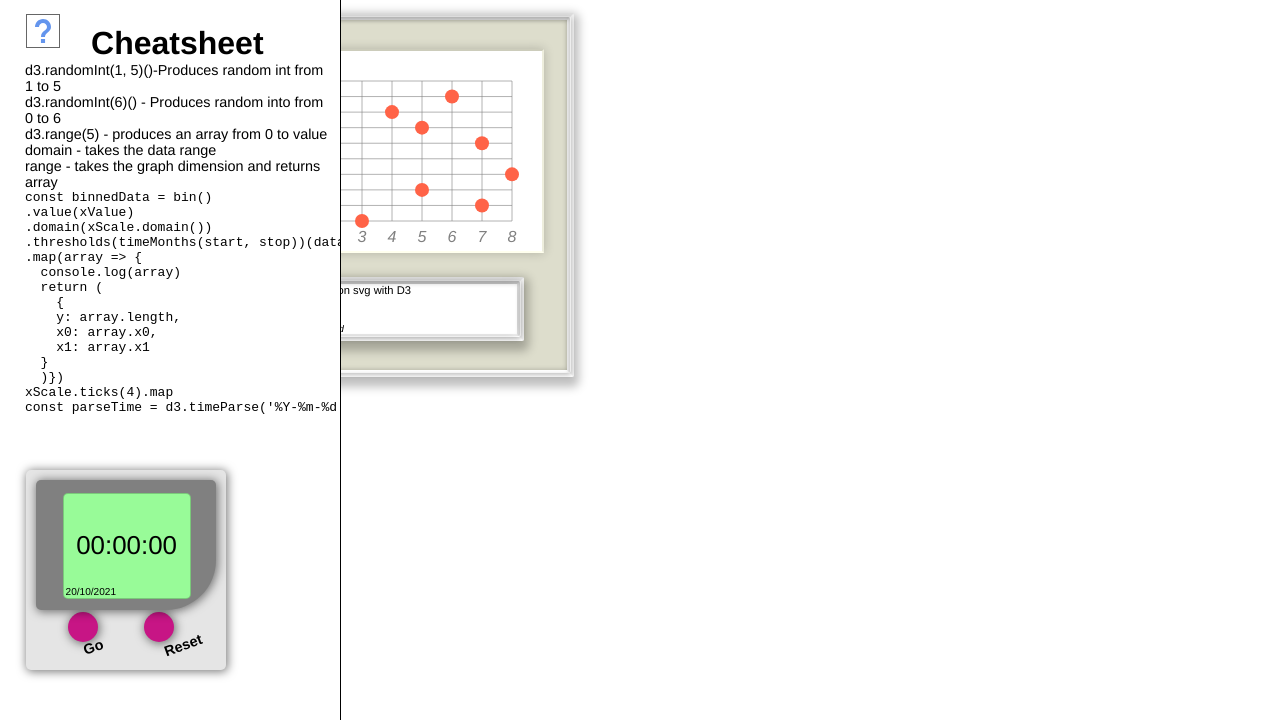
Repository: Lewisjohnward/100-days-of-d3
Page: /
The author's editor kept a copy of each file at every save. The page is drawn from the files as they stood at one save, then again after the next save.
The browser window is 1280 px wide. The pictures show the whole page.
The page's requests for data from a server got no answer. An inner scrolling area shows only its first screen. The project was rebuilt for these pictures with package versions that can differ from the ones it lists, and the page was loaded fresh each time. No one was signed in, and anything a server would have sent is missing. Also part of the build but not shown: src/charts/chart2/useGetData.js, src/charts/chart2/styles.js, src/charts/chart2/Chart.js, src/charts/chart3/useGetData.js, src/charts/chart3/styles.js, src/charts/chart3/Chart.js, src/charts/chart4/useGetData.js, src/charts/chart4/styles.js and 4 more.

Above is the page before, as saved 2021-10-20 15:47:37.

### src/App.js
import styled from "styled-components";
import { Chart1, Chart2, Chart3, Chart4, Chart5 } from "./charts/index.js";
import { Hello } from "./components/HelloD3";
import { Navbar } from "./components/Navbar.js";

const BodyContainer = styled.div`
  position: relative;
  z-index: 99;
  display: flex;
  height: ${({ height }) => height}px;
  overflow: hidden;
`;

const ChartGrid = styled.div`
  width: 75%;
  display: grid;
  overflow: scroll;
  grid-template-columns: repeat(3, 400px);
  grid-template-rows: repeat(2, 400px);
  justify-content: center;
  align-items: start;
  align-content: start;
  grid-gap: 0px;
  padding: 1%;
`;



const height = window.innerHeight;

function App() {
  return (
    <BodyContainer height={height}>
      <Hello />
      <Navbar />
      <ChartGrid>
        <Chart1 />
        <Chart2 />
        <Chart2 />
        <Chart3 />
        <Chart4 />
        <Chart5 />
      </ChartGrid>
    </BodyContainer>
  );
}

export default App;

### src/index.css
*{
    margin: 0;
    padding: 0;
}

body {
    font-family: Helvetica, "Trebuchet MS", Verdana, sans-serif;
}

### src/charts/index.js
export { Test as Chart1} from "./chart1/Chart"
export { Chart as Chart2} from "./chart2/Chart"
export { Chart as Chart3} from "./chart3/Chart"
export { Chart as Chart4} from "./chart4/Chart"
export { Chart as Chart5} from "./chart5/Chart"

### src/components/HelloD3.js
import { useState } from "react";
import styled, { keyframes } from "styled-components";

const letterAnimation = keyframes`
    0% {transform: rotate(0deg);}
    20% {transform: rotate(-45deg);}
    100% {transform: rotate(-45deg);}
`;

const TextContainer = styled.div`
  position: absolute;
  top: 25%;
  display: flex;
  font-size: 10em;

`;

const LetterContainer = styled.div`
  &.fallanimation {
    transition: transform 1s;
    transform: translateY(942px);
  }

  p {
    font-weight: ${({bold}) => bold ? 600: 300};
    &.fallanimation {
      animation: ${letterAnimation} ease-out 1s forwards;
    }
  }
`;

const word = "Hello";
const d3 = "D3"
const d3Array = d3.split("");
const wordArray = word.split("");
const height = window.innerHeight;

export const Hello = () => {
  return (
    <TextContainer>
      {wordArray.map((d) => (
        <Letter letter={d} />
      ))}
      {d3Array.map((d) => (
        <Letter letter={d} bold={true}/>
      ))}
    </TextContainer>
  );
};

const Letter = ({ letter, bold}) => {
  const [visible, setVisible] = useState(true);

  const handleMouseEnter = () => {
    setVisible((prev) => !prev);
  };

  return (
    <LetterContainer className={!visible && "fallanimation"} height={height} bold={bold}>
      <p
        className={!visible && "fallanimation"}
        onMouseEnter={() => handleMouseEnter()}
      >
        {letter}
      </p>
    </LetterContainer>
  );
};

### src/components/Navbar.js
import { useState } from "react";
import styled from "styled-components";
import { TimerComponent as Timer } from "./Timer";
import { IoMdHelp } from "react-icons/io";

const NavContainer = styled.div`
  height: 100%;
  width: 25%;
  overflow: hidden;
  background: white;
  padding: 25px 10px 25px 25px;
  border-right: 1px solid black;
  > p {
    font-size: 0.9em;
  }

  &.open {
    transition: all 1s ease-in;
    transform: translateX(0px);
  }
  &.close {
    transition: all 1s ease-in;
    transform: translateX(-100%);
  }
`;

const Title = styled.div`
  font-size: 2em;
  font-weight: 700;
  text-align: center;
`;

const Icon = styled(IoMdHelp)`
  position: absolute;
  left: 2%;
  top: 2%;
  z-index: 1;
  font-size: 2em;
  color: cornflowerblue;
  cursor: pointer;
  border: 1px solid rgba(0, 0, 0, 0.6);
`;

const code = `const binnedData = bin()
.value(xValue)
.domain(xScale.domain())
.thresholds(timeMonths(start, stop))(data)
.map(array => {
  console.log(array)
  return (
    {
    y: array.length,
    x0: array.x0,
    x1: array.x1
  }
  )})`;

export const Navbar = () => {
  const [visible, setVisible] = useState(true);
  return (
    <>
      <Icon onClick={() => setVisible((prev) => !prev)} />
      <NavContainer className={visible ? "open" : "close"}>
        <Title>Cheatsheet</Title>
        <p>d3.randomInt(1, 5)()-Produces random int from 1 to 5</p>
        <p>d3.randomInt(6)() - Produces random into from 0 to 6</p>
        <p>d3.range(5) - produces an array from 0 to value</p>
        <p>domain - takes the data range</p>
        <p>range - takes the graph dimension and returns array</p>
        <pre>
          <code>{code}</code>
        </pre>
        <pre>
          <code>xScale.ticks(4).map</code>
        </pre>
        <pre>
          <code>const parseTime = d3.timeParse('%Y-%m-%d');</code>
        </pre>
      </NavContainer>
      <Timer />
    </>
  );
};

### src/charts/chart1/Chart.js
import { useState } from "react";
import { randomInt, range, scaleLinear, max } from "d3";
import {
  Frame,
  Svg,
  ChartContainer,
  Description,
  DescriptionContainer,
  Signature,
} from "./styles";

const data = range(10).map((d) => ({
  a: randomInt(10)(),
  b: d,
}));

const margin = {
  top: 30,
  right: 30,
  bottom: 30,
  left: 30,
};

const height = 200;
const width = 300;

const AxisTickOffset = 7;

const innerHeight = height - margin.top - margin.bottom;
const innerWidth = width - margin.left - margin.right;

export const Chart = () => {
  const xValue = (d) => d.a;
  const yValue = (d) => d.b;

  const xAxisScale = scaleLinear()
    .domain([0, max(data, xValue)])
    .range([0, innerWidth])
    .nice();

  const yAxisScale = scaleLinear()
    .domain([0, max(data, yValue)])
    .range([innerHeight, 0])
    .nice();

  return (
    <Frame>
      <ChartContainer>
        <Svg height={height} width={width}>
          <g transform={`translate(${margin.left}, ${margin.top})`}>
            {xAxisScale.ticks().map((tickValue) => (
              <g transform={`translate(${xAxisScale(tickValue)}, 0)`}>
                <line y2={innerHeight} stroke="black" />
                <text
                  y={innerHeight + 3 * AxisTickOffset}
                  style={{ textAnchor: "middle" }}
                >
                  {tickValue}
                </text>
              </g>
            ))}

            {yAxisScale.ticks().map((tickValue) => (
              <g transform={`translate(0, ${yAxisScale(tickValue)})`}>
                <line x2={innerWidth} stroke="black" />
                <text
                  x={-AxisTickOffset}
                  dy="0.32em"
                  style={{ textAnchor: "end" }}
                >
                  {tickValue}
                </text>
              </g>
            ))}
            {data.map(({ a, b }) => (
              <Mark x={xAxisScale(a)} y={yAxisScale(b)} r={7} />
            ))}
          </g>
        </Svg>

        <Frame small={"true"}>
          <DescriptionContainer>
            <Description>Scatter graph on svg with D3</Description>
            <Signature>09/10/21 - L Ward</Signature>
          </DescriptionContainer>
        </Frame>
      </ChartContainer>
    </Frame>
  );
};

export const Chart1= () => {
  const xValue = (d) => d.a;
  const yValue = (d) => d.b;

  const xAxisScale = scaleLinear()
    .domain([0, max(data, xValue)])
    .range([0, innerWidth])
    .nice();

  const yAxisScale = scaleLinear()
    .domain([0, max(data, yValue)])
    .range([innerHeight, 0])
    .nice();

  return (
        <Svg height={height} width={width}>
          <g transform={`translate(${margin.left}, ${margin.top})`}>
            {xAxisScale.ticks().map((tickValue) => (
              <g transform={`translate(${xAxisScale(tickValue)}, 0)`}>
                <line y2={innerHeight} stroke="black" />
                <text
                  y={innerHeight + 3 * AxisTickOffset}
                  style={{ textAnchor: "middle" }}
                >
                  {tickValue}
                </text>
              </g>
            ))}

            {yAxisScale.ticks().map((tickValue) => (
              <g transform={`translate(0, ${yAxisScale(tickValue)})`}>
                <line x2={innerWidth} stroke="black" />
                <text
                  x={-AxisTickOffset}
                  dy="0.32em"
                  style={{ textAnchor: "end" }}
                >
                  {tickValue}
                </text>
              </g>
            ))}
            {data.map(({ a, b }) => (
              <Mark x={xAxisScale(a)} y={yAxisScale(b)} r={7} />
            ))}
          </g>
        </Svg>
  );
};

const Mark = ({ x, y, r }) => {
  const [tooltipVisible, setToolTipVisible] = useState(false);

  return (
    <>
    <circle
        cx={x}
        cy={y}
        r={r}
        fill={"black"}
        onMouseEnter={() => setToolTipVisible(!tooltipVisible)}
        onMouseLeave={() => setToolTipVisible(!tooltipVisible)}
      />
      {tooltipVisible && <rect x={x + 10} y={y - 25} height={50} width={50} rx={5} />}

    </>
  );
};

export const Test = () => {
  return (
    <Frame>
    <ChartContainer>
      <Chart1 />
    <Frame small={"true"}>
          <DescriptionContainer>
          <Description>Scatter graph on svg with D3</Description>
            <Signature>09/10/21 - L Ward</Signature>
          </DescriptionContainer>
        </Frame>
      </ChartContainer>
    </Frame>
  )


}

### src/components/Timer.js
import { useState, useEffect } from "react";
import styled, { keyframes } from "styled-components";

const Icon = styled.div`
  position: absolute;
  bottom: 7%;
  left: 2%;
  height: 200px;
  width: 200px;
  padding: 0px;
  margin: 0px;

  color: black;
  overflow: hidden;
  background: rgb(229, 229, 229);
  opacity: 1;
  text-shadow: none;
  font-weight: 300;
  font-size: 0.9em;
  box-shadow: 1px 1px 10px 1px rgba(0, 0, 0, 0.5);
  border-radius: 5px;
`;

const Container = styled.div`
  height: 100%;
  width: 100%;
  display: flex;
  flex-direction: column;
  justify-content: center;
  align-items: center;
`;

const Timer = styled.div`
  position: relative;
  background: gray;
  height: 65%;
  width: 90%;
  border-radius: 5px 5px 50px 5px;
  box-shadow: 1px 1px 10px 1px rgba(0, 0, 0, 0.5);
`;

const TimerContainer = styled.div`
  position: absolute;
  top: 10%;
  left: 15%;
  height: 80%;
  width: 70%;
  display: flex;
  justify-content: center;
  align-items: center;

  background: palegreen;
  border-radius: 5px;
  border: 1px solid rgba(0, 0, 0, 0.2);
  font-size: 1.8em;
`;

const ButtonContainer = styled.div`
  height: 25%;
  width: 80%;
  display: flex;

  flex-direction: row;
  justify-content: space-around;
  align-items: center;
`;

const Start_StopContainer = styled.div`
  display: flex;
  align-items: center;
  justify-content: center;
  background: mediumvioletred;
  width: 30px;
  height: 30px;
  border-radius: 100%;
  box-shadow: 1px 1px 10px 1px rgba(0, 0, 0, 0.5);
  font-size: 1.2em;
  font-weight: 800;
  cursor: pointer;

  &:active {
    transition: transform 0.1s box-shadow 0.1s;
    transform: translateY(10%);
  }
`;

const ButtonDiv = styled.div`
  font-weight: 600;

  p {
    transform: translate(50%, -30%) rotate(-20deg);
  }
`;

const DateContainer = styled.div`
  position: absolute;
  top: 58%;
  left: 20%;
  font-size: 0.7em;
  text-decoration: italic;

  .today {
    right: 0%;
  }
`;

export const TimerComponent = ({ grid }) => {
  const [seconds, setSeconds] = useState(0);
  const [active, setActive] = useState(false);

  useEffect(() => {
    const seconds = parseInt(localStorage.getItem("seconds-d3")) || 0;
    const active = localStorage.getItem("state-d3") || false;
    setActive(active);
    setSeconds(seconds);
  }, []);

  useEffect(() => {
    if (active) {
      setTimeout(() => {
        setSeconds((prev) => prev + 1);
      }, 1000);
    }
    localStorage.setItem("seconds-d3", seconds);
    localStorage.setItem("state-d3", active);
  }, [active, seconds]);

  function secondsToTime(e) {
    var h = Math.floor(e / 3600)
        .toString()
        .padStart(2, "0"),
      m = Math.floor((e % 3600) / 60)
        .toString()
        .padStart(2, "0"),
      s = Math.floor(e % 60)
        .toString()
        .padStart(2, "0");

    return h + ":" + m + ":" + s;
    //return `${h}:${m}:${s}`;
  }

  return (
    <Icon className={`icon`}>
      <Container>
        <Timer>
          <TimerContainer>{secondsToTime(seconds)}</TimerContainer>
        </Timer>
        <DateContainer>20/10/2021</DateContainer>

        <ButtonContainer>
          <ButtonDiv>
            <Start_StopContainer
              onClick={() => {
                if (!active) {
                  setActive(true);
                }
              }}
            />
            <p>Go</p>
          </ButtonDiv>
          {active ? (
            <ButtonDiv>
              <Start_StopContainer onClick={() => setActive(false)} />
              <p>Stop</p>
            </ButtonDiv>
          ) : (
            <ButtonDiv>
              <Start_StopContainer onClick={() => setSeconds(0)} />
              <p>Reset</p>
            </ButtonDiv>
          )}
        </ButtonContainer>
      </Container>
    </Icon>
  );
};

### src/charts/chart1/styles.js
import styled from "styled-components";

export const Frame = styled.div`
  height: ${({ small }) => (small ? "50px" : "350px")};
  width: ${({ small }) => (small ? "250px" : "350px")};
  background-color: #ddc;
  border: solid 1vmin #eee;
  border-bottom-color: #fff;
  border-left-color: #eee;
  border-radius: 2px;
  border-right-color: #eee;
  border-top-color: #ddd;
  box-shadow: 0 0 5px 0 rgba(0, 0, 0, 0.25) inset,
    0 5px 10px 5px rgba(0, 0, 0, 0.25);

  position: relative;
  text-align: center;
  &:before {
    border-radius: 2px;
    bottom: -0.4vmin;
    box-shadow: 0 2px 5px 0 rgba(0, 0, 0, 0.25) inset;
    content: "";
    left: -0.4vmin;
    position: absolute;
    right: -0.4vmin;
    top: -0.4vmin;
  }
  &:after {
    border-radius: 2px;
    bottom: -0.5vmin;
    box-shadow: 0 2px 5px 0 rgba(0, 0, 0, 0.25);
    content: "";
    left: -0.5vmin;
    position: absolute;
    right: -0.5vmin;
    top: -0.5vmin;
  }
`;

export const ChartContainer = styled.div`
position: relative;
z-index: 999;
  display: flex;
  flex-direction: column;
  justify-content: space-around;
  align-items: center;
  height: 100%;
  width: 100%;
  padding: 5% 1%;
  box-sizing: border-box;
`;

export const Svg = styled.svg`
  height: ${({ height }) => height}px;
  width: ${({ width }) => width}px;
  background: white;
  box-shadow: 0px 0px 10px 0px rgba(0, 0, 0, 0.2);
  border: solid 2px;
  border-bottom-color: #ffe;
  border-left-color: #eed;
  border-right-color: #eed;
  border-top-color: #ccb;


  line {
    stroke: gray;
    opacity: 0.6;
  }

  circle {
    fill: tomato;
  }

  text {
    font-style: italic;
    fill: gray;
  }

  rect {
    stroke: tomato;
    fill: white;
  }
`;

export const DescriptionContainer = styled.div`
  box-sizing: border-box;
  display: flex;
  flex-direction: column;
  justify-content: space-between;
  width: 100%;
  height: 100%;
  box-shadow: 0px 0px 10px 0px rgba(0, 0, 0, 0.2);
  background: white;
`;

export const Description = styled.p`
  text-align: left;
  font-size: 0.7em;
`;

export const Signature = styled.p`
  text-align: left;
  font-style: italic;
  font-size: 0.6em;
`;

Loaded but not shown: public/index.html (common file); src/index.js (common file)

After the next save:
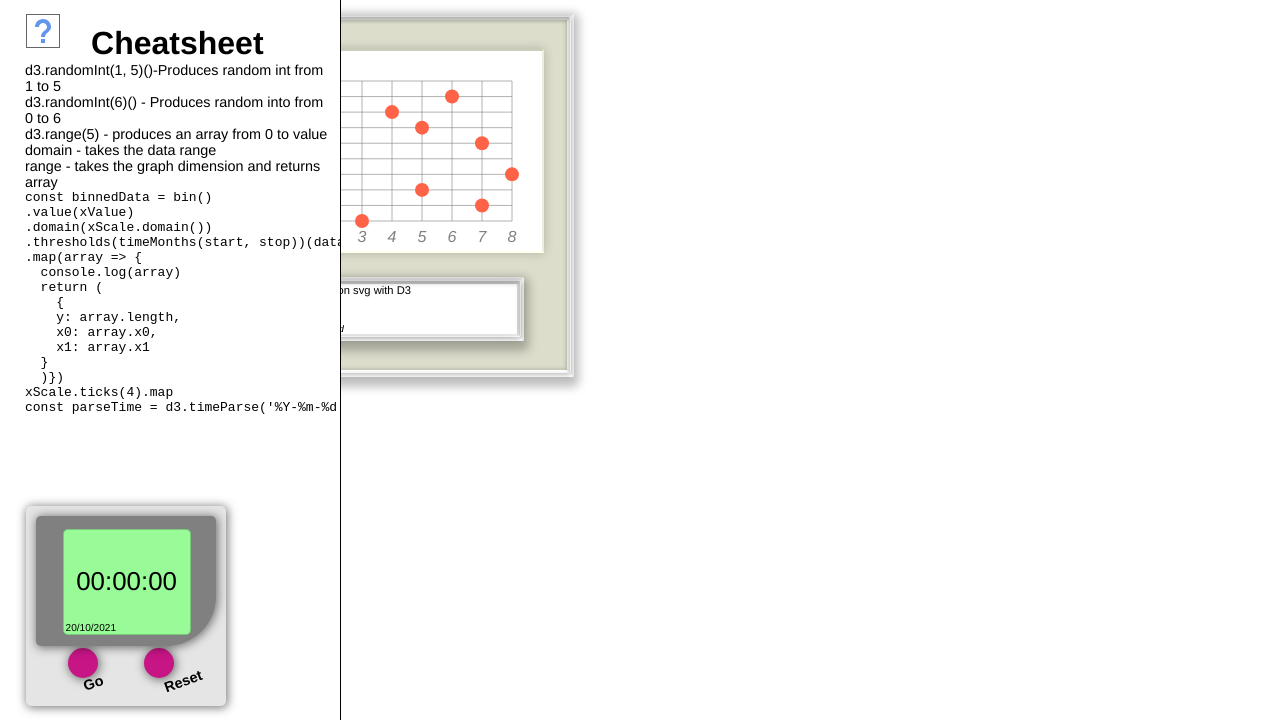
Saved 14 s later.
--- a/src/components/Timer.js
+++ b/src/components/Timer.js
@@ -3,7 +3,7 @@ import styled, { keyframes } from "styled-components";
 
 const Icon = styled.div`
   position: absolute;
-  bottom: 7%;
+  bottom: 2%;
   left: 2%;
   height: 200px;
   width: 200px;
